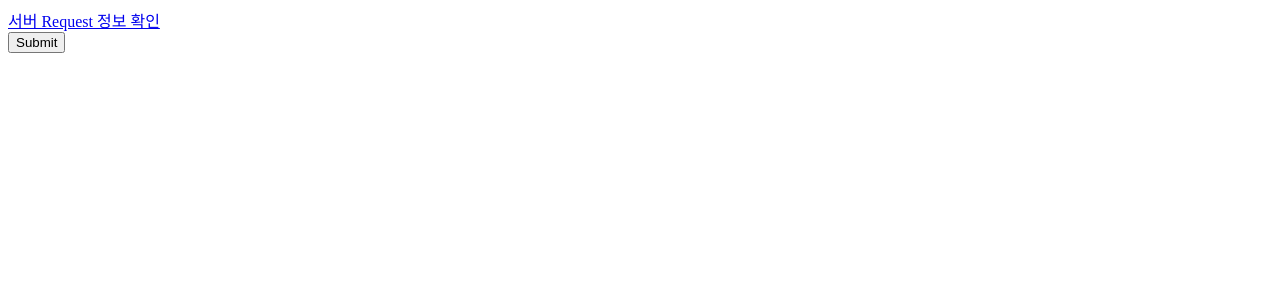
Repository: DrakeJU/eclipse-workspace
Page: Web/WebContent/01/ServerInfo.html
The author's editor kept a copy of each file at every save. The page is drawn from the files as they stood at one save, then again after the next save.
The browser window is 1280 px wide. The pictures show the whole page.

Above is the page before, as saved 2017-10-16 06:14:45.

After the next save:
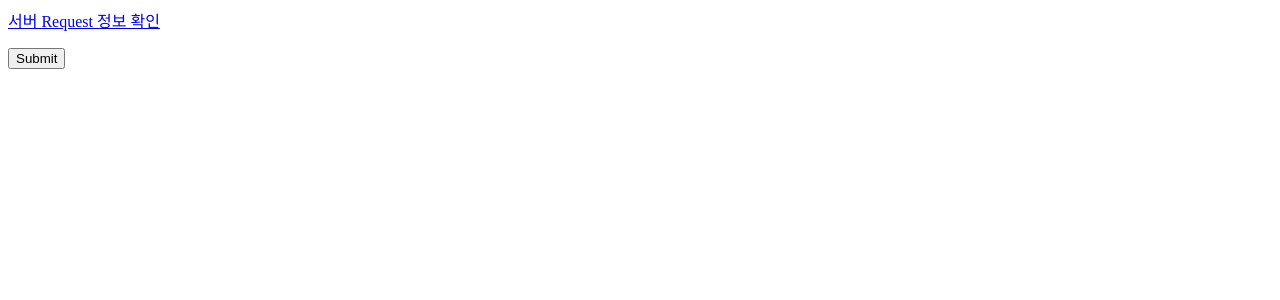
Saved 89 s later.
--- a/Web/WebContent/01/ServerInfo.html
+++ b/Web/WebContent/01/ServerInfo.html
@@ -7,8 +7,9 @@
 <body>
 	<a href = "/RequestInfo">서버 Request 정보 확인</a>
 
-	<form action = "/RequestInfo">
-		<input type = "submit">
+	<p>
+	<form action = "/RequestInfo" method = "post">
+		<input type = "submit"+value ="post로 넘기는 방법">
 	</form>
 </body>
 </html>
